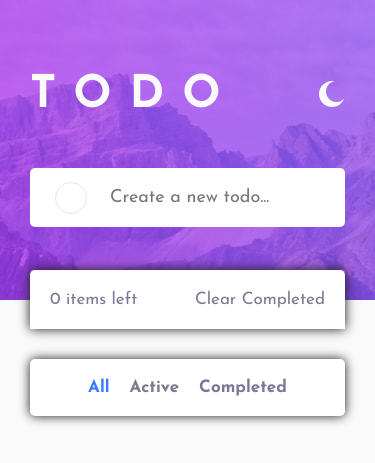
Repository: tomas938/todo-app
Page: /
The author's editor kept a copy of each file at every save. The page is drawn from the files as they stood at one save, then again after a run of saves.
The browser window is 375 px wide. The pictures show the whole page.
The project was rebuilt for these pictures with package versions that can differ from the ones it lists, and the page was loaded fresh each time.

Above is the page before, as saved 2021-08-20 14:30:35.

### src/main.js
import { createApp } from "vue";
import App from "./App.vue";
import router from "./router";

createApp(App)
	.use(router)
	.mount("#app");
//

### src/App.vue
<template>
	<router-view />
</template>

<style lang="scss">
@import "/src/scss/_variables";
:root {
	.dark {
		--bg-image: url(./assets/bg-desktop-dark.jpg);
		--items-bg-color: hsl(235, 24%, 19%);
		--body-bg: hsl(235, 21%, 11%);
		--todo-text: hsl(236, 33%, 92%);
		--todo-border: hsl(237, 14%, 26%);
	}
	.light {
		--bg-image: url(./assets/bg-desktop-light.jpg);
		--items-bg-color: hsl(0, 0%, 100%);
		--body-bg: hsl(0, 0%, 98%);
		--todo-text: hsl(233, 14%, 35%);
		--todo-border: hsl(236, 33%, 92%);
	}
}

* {
	margin: 0;
	padding: 0;
	box-sizing: border-box;
}
html {
	font-size: 62.5%;
}
body {
	font-size: 1.8rem;
	font-family: $font-primary;
	background-color: var(--body-bg);
}

li {
	list-style: none;
}
</style>

### src/router/index.js
import { createRouter, createWebHashHistory } from "vue-router";
import Home from "../views/Home.vue";

const routes = [
	{
		path: "/",
		name: "Home",
		component: Home,
	},
];

const router = createRouter({
	history: createWebHashHistory(),
	routes,
});

export default router;

### src/scss/_variables.scss
// LINK COLLORS-PRIMARY //

$primary: hsl(220, 98%, 61%);
$primary-bg: linear-gradient(rgb(87, 221, 255), hsl(280, 87%, 65%));

// LINK LIGHT THEME //

$light-gray: hsl(0, 0%, 98%);
$very-light-grayish-blue: hsl(236, 33%, 92%);
$light-grayish-blue: hsl(233, 11%, 84%);
$dark-grayish-blue: hsl(236, 9%, 61%);
$very-dark-grayish-blue: hsl(235, 19%, 35%);

// LINK DARK THEME //

$very-dark-blue: hsl(235, 21%, 11%);
$dark-desaturated-blue: hsl(235, 24%, 19%);
$light-grayish-blue--dark: hsl(234, 39%, 85%);
$light-grayish-blue--dark-hover: hsl(236, 33%, 92%);
$dark-grayish-blue--dark: hsl(234, 11%, 52%);
$very-dark-grayish-blue--dark: hsl(233, 14%, 35%);
$very-dark-grayish-blue--dark-2: hsl(237, 14%, 26%);

// LINK FONT //

@import url("https://fonts.googleapis.com/css2?family=Josefin+Sans:wght@400;700&display=swap");
$font-primary: "Josefin Sans", sans-serif;
$light: 400;
$bold: 700;

### src/views/Home.vue
<template>
	<Todos />
</template>

<script>
import Todos from "../components/Todos.vue";
export default {
	components: {
		Todos,
	},
};
</script>
<style lang="scss"></style>

### src/components/Todos.vue
<template>
	<Header @create-todo="newTodo($event)" />
	<main>
		<div class="wrapper">
			<transition-group name="list" class="todos" tag="ul" appear>
				<li
					v-for="(todo, index) in filteredTodos"
					:key="todo.name"
					class="todo-item"
				>
					<div
						class="todo "
						:class="{ complete: todo.completed }"
						@click="todo.completed = !todo.completed"
					></div>
					<span>{{ todo.name }}</span>
					<svg
						@click="removeTodo(index)"
						class="close"
						xmlns="http://www.w3.org/2000/svg"
						width="18"
						height="18"
					>
						<path
							fill="#494C6B"
							fill-rule="evenodd"
							d="M16.97 0l.708.707L9.546 8.84l8.132 8.132-.707.707-8.132-8.132-8.132 8.132L0 16.97l8.132-8.132L0 .707.707 0 8.84 8.132 16.971 0z"
						/>
					</svg>
				</li>
			</transition-group>
			<div class="filters">
				<div class="items-left">
					<span>{{ filteredTodos.length }} items left</span>
				</div>
				<div class="filter">
					<span :class="{ active: filter === 'all' }" @click="filter = 'all'"
						>All</span
					>
					<span
						:class="{ active: filter === 'active' }"
						@click="filter = 'active'"
						>Active</span
					>
					<span
						:class="{ active: filter === 'completed' }"
						@click="filter = 'completed'"
						>Completed</span
					>
				</div>
				<div class="clear">
					<span @click="clearTodos">Clear Completed</span>
				</div>
			</div>
		</div>
	</main>
	<div class="filters-mobile">
		<div class="filter">
			<span :class="{ active: filter === 'all' }" @click="filter = 'all'"
				>All</span
			>
			<span :class="{ active: filter === 'active' }" @click="filter = 'active'"
				>Active</span
			>
			<span
				:class="{ active: filter === 'completed' }"
				@click="filter = 'completed'"
				>Completed</span
			>
		</div>
	</div>
</template>

<script>
import Header from "../components/Header";
export default {
	components: {
		Header,
	},
	data() {
		return {
			LOCAL_STORAGE_KEY: "todoApp",
			todos: JSON.parse(localStorage.getItem(this.LOCAL_STORAGE_KEY)) || [],
			filter: "all",
		};
	},
	mounted() {
		if (localStorage.getItem(this.LOCAL_STORAGE_KEY))
			this.todos = JSON.parse(localStorage.getItem(this.LOCAL_STORAGE_KEY));
	},
	watch: {
		todos: {
			deep: true,
			handler(newValue) {
				localStorage.setItem(this.LOCAL_STORAGE_KEY, JSON.stringify(newValue));
			},
		},
	},
	methods: {
		newTodo(newTodo) {
			if (newTodo !== "") {
				this.todos.unshift({ name: newTodo, completed: false });
			}
		},
		removeTodo(index) {
			this.todos.splice(index, 1);
		},
		clearTodos() {
			this.todos = this.todos.filter((todo) => !todo.completed);
		},
	},
	computed: {
		filteredTodos() {
			if (this.filter === "all") {
				return this.todos;
			} else if (this.filter === "active") {
				return this.todos.filter((todo) => !todo.completed);
			} else if (this.filter === "completed") {
				return this.todos.filter((todo) => todo.completed);
			}
			return this.todos;
		},
	},
};
</script>

<style lang="scss" scoped>
@import "/src/scss/_variables";

main {
	transform: translateY(-3rem);
	display: flex;
	flex-direction: column;
	max-width: 73.5rem;
	margin: 0 auto;
	padding: 0 3rem;
}
.wrapper {
	box-shadow: 0px 0px 11px 0px #1a1919;
}
.todos {
	position: relative;
	border-radius: 0.5rem;
	background-color: var(--items-bg-color);
}
.todo-item {
	position: relative;
	display: flex;
	justify-content: space-between;
	align-items: center;
	width: 100%;
	padding: 2rem;
	padding-left: 8rem;
	font-family: $font-primary;
	font-weight: $light;
	color: var(--todo-text);
	border-bottom: 1px solid var(--todo-border);
	.todo {
		cursor: pointer;
		content: "";
		position: absolute;
		display: flex;
		align-items: center;
		justify-content: center;
		top: 50%;
		transform: translateY(-50%);
		left: 2.5rem;
		width: 3rem;
		height: 3rem;
		border-radius: 50%;
		border: 1px solid var(--todo-border);
	}
	.complete {
		background-image: url("../assets/icon-check.svg"), $primary-bg;
		background-repeat: no-repeat;
		background-position: center;
	}
	.close {
		cursor: pointer;
		opacity: 0;
	}
	&:hover {
		.close {
			transition: opacity 0.5s ease-in-out;
			opacity: 1;
		}
	}
}
.filters-mobile {
	display: none;
	background-color: var(--items-bg-color);
	padding: 2rem;
	box-shadow: 0px 0px 11px 0px #1a1919;
	border-radius: 0.5rem;
	margin: 0 3rem;
	@media only screen and (max-width: 600px) {
		display: block;
	}
	.filter {
		font-weight: $bold;
		display: flex;
		justify-content: center;
		gap: 2rem;
		.active {
			color: $primary;
			transition: color 0.3s ease-in-out;
		}
	}
	span {
		color: $dark-grayish-blue--dark;
		cursor: pointer;
		font-size: 1.7rem;
	}
}
.filters {
	display: flex;
	justify-content: space-between;
	background-color: var(--items-bg-color);
	padding: 2rem;
	border-radius: 0.5rem;

	.filter {
		font-weight: $bold;
		display: flex;
		gap: 2rem;
		@media only screen and (max-width: 600px) {
			display: none;
		}
		.active {
			color: $primary;
			transition: color 0.3s ease-in-out;
		}
	}
	.items-left {
		span {
			cursor: auto;
		}
	}
	span {
		color: $dark-grayish-blue--dark;
		cursor: pointer;
		font-size: 1.7rem;
	}
}
// TRANSITIONS //
.list-enter-active {
	transition: all 0.7s ease;
}
.list-enter-from {
	opacity: 0;
	transform: scale(0.6);
}
.list-enter-to {
	opacity: 1;
	transform: scale(1);
}
.list-leave-active {
	transition: all 0.7s ease;
	position: absolute;
}
.list-leave-from {
	opacity: 1;
	transform: scale(1);
}
.list-leave-to {
	opacity: 0;
	transform: scale(0.6);
}
.list-move {
	transition: all 0.4s ease;
}
</style>

### src/components/Header.vue
<template>
	<header>
		<nav class="nav container">
			<div class="nav__title">
				<h1>todo</h1>
			</div>
			<svg
				v-if="ligth"
				@click="changeTheme"
				class="nav__theme"
				xmlns="http://www.w3.org/2000/svg"
				width="26"
				height="26"
			>
				<path
					fill="#fafafa"
					fill-rule="evenodd"
					d="M13 0c.81 0 1.603.074 2.373.216C10.593 1.199 7 5.43 7 10.5 7 16.299 11.701 21 17.5 21c2.996 0 5.7-1.255 7.613-3.268C23.22 22.572 18.51 26 13 26 5.82 26 0 20.18 0 13S5.82 0 13 0z"
				/>
			</svg>
			<svg
				v-else
				@click="changeTheme"
				xmlns="http://www.w3.org/2000/svg"
				width="26"
				height="26"
			>
				<path
					fill="#fafafa"
					fill-rule="evenodd"
					d="M13 21a1 1 0 011 1v3a1 1 0 11-2 0v-3a1 1 0 011-1zm-5.657-2.343a1 1 0 010 1.414l-2.121 2.121a1 1 0 01-1.414-1.414l2.12-2.121a1 1 0 011.415 0zm12.728 0l2.121 2.121a1 1 0 01-1.414 1.414l-2.121-2.12a1 1 0 011.414-1.415zM13 8a5 5 0 110 10 5 5 0 010-10zm12 4a1 1 0 110 2h-3a1 1 0 110-2h3zM4 12a1 1 0 110 2H1a1 1 0 110-2h3zm18.192-8.192a1 1 0 010 1.414l-2.12 2.121a1 1 0 01-1.415-1.414l2.121-2.121a1 1 0 011.414 0zm-16.97 0l2.121 2.12A1 1 0 015.93 7.344L3.808 5.222a1 1 0 011.414-1.414zM13 0a1 1 0 011 1v3a1 1 0 11-2 0V1a1 1 0 011-1z"
				/>
			</svg>
		</nav>
		<div class="new-todo">
			<input
				autofocus
				type="text"
				placeholder="Create a new todo..."
				v-model="newTodo"
				@keypress.enter="$emit('create-todo', newTodo), clearInput()"
			/>
		</div>
	</header>
</template>

<script>
export default {
	data() {
		return {
			newTodo: "",
			ligth: true,
			body: document.body,
		};
	},
	methods: {
		changeTheme() {
			this.ligth = !this.ligth;
			if (!this.ligth) {
				this.body.classList.remove("light");
				this.body.classList.add("dark");
			} else {
				this.body.classList.remove("dark");
				this.body.classList.add("light");
			}
		},
		clearInput() {
			this.newTodo = "";
		},
	},
	mounted() {
		this.body.classList.add("light");
	},
};
</script>

<style lang="scss" scoped>
@import "/src/scss/_variables";

header {
	height: 30rem;
	display: flex;
	flex-direction: column;
	align-items: center;
	justify-content: center;
	gap: 5rem;
	padding: 3rem;
	background-image: var(--bg-image);
	background-repeat: no-repeat;
	background-size: cover;
}
.nav {
	max-width: 67.5rem;
	width: 100%;
	display: flex;
	justify-content: space-between;
	align-items: baseline;
	&__title h1 {
		font-size: 4.5rem;
		letter-spacing: 1.8rem;
		text-transform: uppercase;
	}

	svg {
		cursor: pointer;
	}
}
.new-todo {
	max-width: 67.5rem;
	width: 100%;
	position: relative;
	&::before {
		content: "";
		position: absolute;
		top: 50%;
		transform: translateY(-50%);
		left: 2.5rem;
		width: 3rem;
		height: 3rem;
		border-radius: 50%;
		border: 1px solid var(--todo-border);
	}
}
input {
	background-color: var(--items-bg-color);
	color: var(--todo-text);
	width: 100%;
	outline: none;
	border: none;
	padding: 2rem;
	padding-left: 8rem;
	border-radius: 0.5rem;
	font-size: 1.8rem;
	font-family: $font-primary;
	font-weight: $light;
}
h1 {
	color: $light-gray;
}
</style>

Loaded but not shown: public/index.html (common file)

After the next 3 saves:
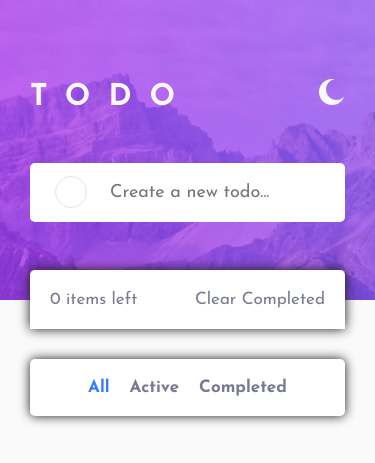
The 3 saves are shown as one change because they came seconds apart.
The last was saved 11 s later.
--- a/src/components/Header.vue
+++ b/src/components/Header.vue
@@ -98,6 +98,9 @@ header {
 	&__title h1 {
 		font-size: 4.5rem;
 		letter-spacing: 1.8rem;
+		@media only screen and (max-width: 500px) {
+			font-size: 3rem;
+		}
 		text-transform: uppercase;
 	}
 
